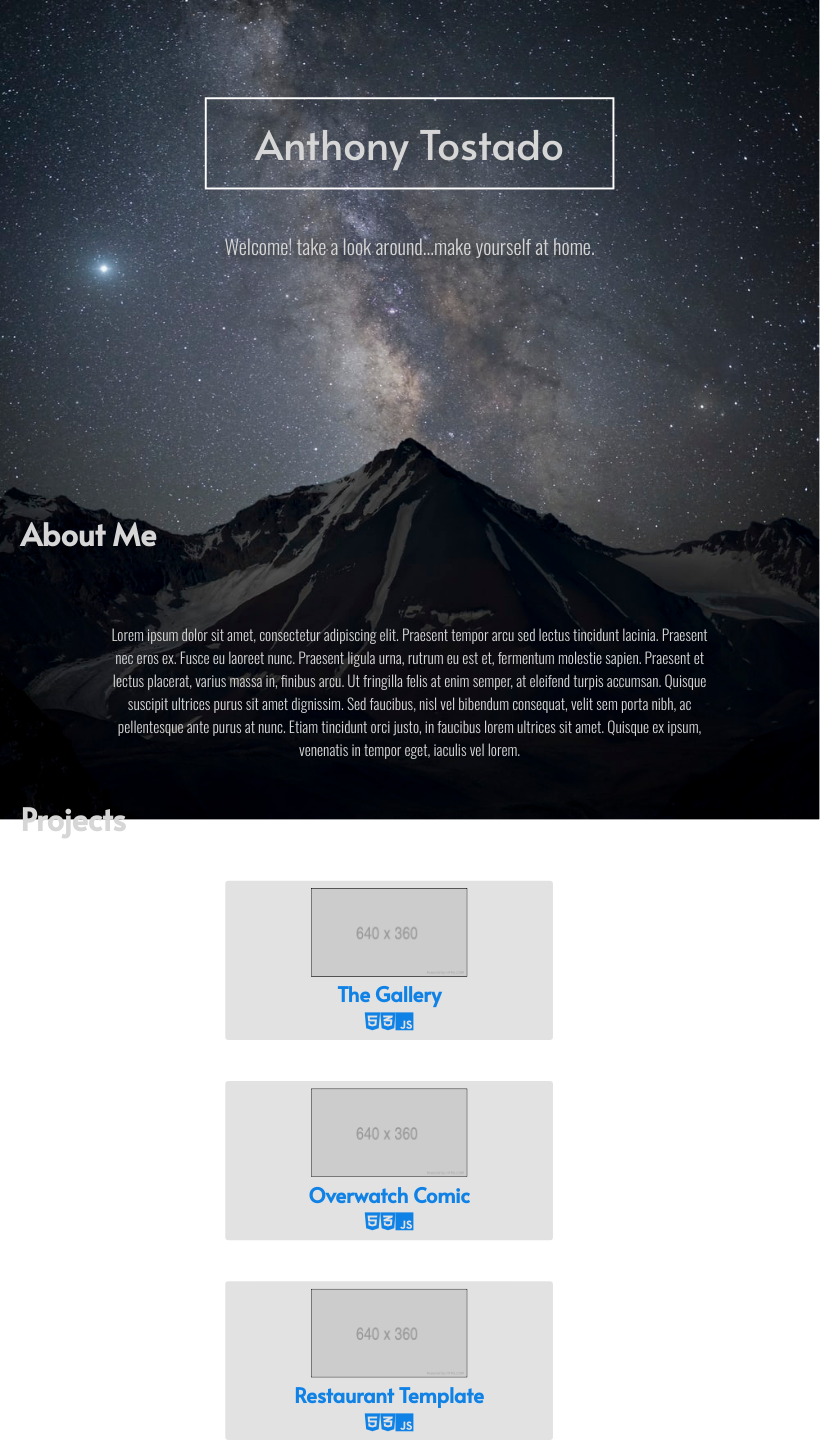
Repository: sloppytony/newport
Page: / (app in portfolio/)
An editor plug-in stored every save of this project. The page is shown before and after the next save, followed by the edit.
The browser window is 1280 px wide. The page is 1312 px wide, so the pictures cover 1312 px, including what lies to the right of the window. The pictures show the whole page, at 64% of full size.
Backgrounds fixed to the window are drawn as part of the page. Some web libraries are served in a nearby version. The project was rebuilt for these pictures with package versions that can differ from the ones it lists, and the page was loaded fresh each time.

Above is the page before, as saved 2020-08-23 14:50:00.

### portfolio/public/index.html
<!DOCTYPE html>
<html lang="en">
  <head>
    <meta charset="utf-8" />
    <link rel="icon" href="%PUBLIC_URL%/favicon.ico" />
    <meta name="viewport" content="width=device-width, initial-scale=1" />
    <meta name="theme-color" content="#000000" />
    <meta
      name="description"
      content="Web site created using create-react-app"
    />
    <link rel="apple-touch-icon" href="%PUBLIC_URL%/logo192.png" />
    <!--
      manifest.json provides metadata used when your web app is installed on a
      user's mobile device or desktop. See https://developers.google.com/web/fundamentals/web-app-manifest/
    -->
    <link rel="manifest" href="%PUBLIC_URL%/manifest.json" />
    <!--
      Notice the use of %PUBLIC_URL% in the tags above.
      It will be replaced with the URL of the `public` folder during the build.
      Only files inside the `public` folder can be referenced from the HTML.

      Unlike "/favicon.ico" or "favicon.ico", "%PUBLIC_URL%/favicon.ico" will
      work correctly both with client-side routing and a non-root public URL.
      Learn how to configure a non-root public URL by running `npm run build`.
    -->
    <link
      href="https://fonts.googleapis.com/css2?family=Alata&family=Oswald:wght@300&display=swap"
      rel="stylesheet"
    />
    <script
      src="https://kit.fontawesome.com/9a01f23326.js"
      crossorigin="anonymous"
    ></script>
    <title>React App</title>
  </head>
  <body>
    <noscript>You need to enable JavaScript to run this app.</noscript>
    <div id="root"></div>
    <!--
      This HTML file is a template.
      If you open it directly in the browser, you will see an empty page.

      You can add webfonts, meta tags, or analytics to this file.
      The build step will place the bundled scripts into the <body> tag.

      To begin the development, run `npm start` or `yarn start`.
      To create a production bundle, use `npm run build` or `yarn build`.
    -->
  </body>
</html>

### portfolio/src/index.css
* {
  margin: 0;
  padding: 0;
  box-sizing: border-box;
}

body {
  background-image: url("./img/mountainspace.jfif");
  background-size: contain;
  background-attachment: fixed;
  background-repeat: no-repeat;
}

### portfolio/src/App.js
import React from "react";

import "./App.css";

function App() {
  return (
    <body>
      <div className="everything">
        <div className="section1">
          <h1 className="mainTitle">Anthony Tostado</h1>
          <p className="mainPara">
            Welcome! take a look around...make yourself at home.
          </p>
          <h2 className="scroll">Scroll</h2>
        </div>
        <div className="section2">
          <h1 className="aboutTitle">About Me</h1>
          <p className="aboutPara">
            Lorem ipsum dolor sit amet, consectetur adipiscing elit. Praesent
            tempor arcu sed lectus tincidunt lacinia. Praesent nec eros ex.
            Fusce eu laoreet nunc. Praesent ligula urna, rutrum eu est et,
            fermentum molestie sapien. Praesent et lectus placerat, varius massa
            in, finibus arcu. Ut fringilla felis at enim semper, at eleifend
            turpis accumsan. Quisque suscipit ultrices purus sit amet dignissim.
            Sed faucibus, nisl vel bibendum consequat, velit sem porta nibh, ac
            pellentesque ante purus at nunc. Etiam tincidunt orci justo, in
            faucibus lorem ultrices sit amet. Quisque ex ipsum, venenatis in
            tempor eget, iaculis vel lorem.{" "}
          </p>
        </div>
        <div className="section3">
          <h1 className="projectTitle">Projects</h1>
          <div className="projectContent">
            <div className="card1">
              <img
                className="cardImage"
                src={require("../src/img/640x360.png")}
              ></img>
              <h1 className="cardTitle">The Gallery</h1>
              <section className="icons">
                <i class="fab fa-html5 fa-2x"></i>
                <i class="fab fa-css3-alt fa-2x"></i>
                <i class="fab fa-js fa-2x"></i>
              </section>
            </div>
            <div className="card2">
              <img
                className="cardImage"
                src={require("../src/img/640x360.png")}
              ></img>
              <h1 className="cardTitle">Overwatch Comic</h1>
              <section className="icons">
                <i class="fab fa-html5 fa-2x"></i>
                <i class="fab fa-css3-alt fa-2x"></i>
                <i class="fab fa-js fa-2x"></i>
              </section>
            </div>
            <div className="card3">
              <img
                className="cardImage"
                src={require("../src/img/640x360.png")}
              ></img>
              <h1 className="cardTitle">Restaurant Template</h1>
              <section className="icons">
                <i class="fab fa-html5 fa-2x"></i>
                <i class="fab fa-css3-alt fa-2x"></i>
                <i class="fab fa-js fa-2x"></i>
              </section>
            </div>
          </div>
        </div>
      </div>
    </body>
  );
}

export default App;

### portfolio/src/App.css
.image {
  width: 100%;
  height: 100%;
}

/*opening page*/
.section1 {
  height: 100vh;
  width: 100%;

  color: rgb(16, 130, 230);
  display: flex;
  justify-content: center;
  align-items: center;
  flex-direction: column;
}

.mainTitle {
  font-family: "Alata", sans-serif;
  font-weight: 100;
  font-size: 400%;
  display: flex;
  justify-content: center;
  align-items: center;
  text-align: center;
  color: rgb(214, 214, 214);

  animation: fadeIn 1.5s;
  border: 3px solid white;
  width: 50%;
  height: 20%;
}

.mainPara {
  font-family: "Oswald", sans-serif;
  font-size: 200%;
  display: flex;
  align-items: center;
  text-align: center;
  color: rgb(214, 214, 214);
  padding: 5%;
  text-shadow: -5px 5px 5px rgba(44, 44, 44, 0.5);
  animation: fadeIn 1.5s;
}

.scroll {
  font-family: "Oswald", sans-serif;
  font-size: 300%;
  padding-bottom: 2%;
  animation: pulse 2.5s infinite;
  color: rgb(214, 214, 214);
}

/*about*/
.section2 {
  height: 75vh;
  width: 100%;
  overflow: hidden;
  display: flex;
  align-items: center;
  justify-content: center;
  flex-direction: column;
  margin-bottom: 10%;
}

h1.aboutTitle {
  height: 20%;
  width: 100%;
  margin-left: 5%;
  font-family: "Alata", sans-serif;
  font-size: 300%;
  color: rgb(214, 214, 214);
}

p.aboutPara {
  width: 75%;
  height: 20vh;
  text-align: center;
  margin: 5%;
  font-size: 150%;
  font-family: "Oswald", sans-serif;
  color: rgb(214, 214, 214);
}

/*projects*/
.section3 {
  height: 100vh;
  width: 100%;

  color: rgb(16, 130, 230);
  display: flex;
  justify-content: center;
  align-items: center;
  flex-direction: column;
}

div.projectContent {
  width: 100%;
  display: flex;
  align-items: center;
  justify-content: center;
  flex-direction: column;
  margin-right: 10%;
}

h1.projectTitle {
  height: 20vh;
  width: 100%;
  margin-left: 5%;
  font-size: 300%;
  font-family: "Alata", sans-serif;
  color: rgb(214, 214, 214);
}

div.card1 {
  height: 50%;
  width: 40%;
  display: flex;
  justify-content: center;
  align-items: center;
  flex-direction: column;
  background: rgb(214, 214, 214, 0.7);
  border-radius: 5px 5px 5px;
  margin-left: 5%;
  padding: 1%;
  margin-top: 5%;
}

div.card2 {
  height: 50%;
  width: 40%;
  display: flex;
  justify-content: center;
  align-items: center;
  flex-direction: column;
  background: rgb(214, 214, 214, 0.7);
  border-radius: 5px 5px 5px;
  margin-left: 5%;
  padding: 1%;
  margin-top: 5%;
}

div.card3 {
  height: 50%;
  width: 40%;
  display: flex;
  justify-content: center;
  align-items: center;
  flex-direction: column;
  background: rgb(214, 214, 214, 0.7);
  border-radius: 5px 5px 5px;
  margin-left: 5%;
  padding: 1%;
  margin-top: 5%;
}

img.cardImage {
  width: 50%;
  border: 1px solid black;
}

h1.cardTitle {
  margin: 1%;
  font-size: 300;
  font-family: "Alata", sans-serif;
}

@keyframes fadeIn {
  from {
    opacity: 0;
  }
  to {
    opacity: 1;
  }
}

@keyframes pulse {
  0% {
    opacity: 0;
  }

  50% {
    opacity: 1;
  }
  100% {
    opacity: 0;
  }
}

Loaded but not shown: portfolio/src/index.js (common file); portfolio/src/serviceWorker.js (common file)

After the next save:
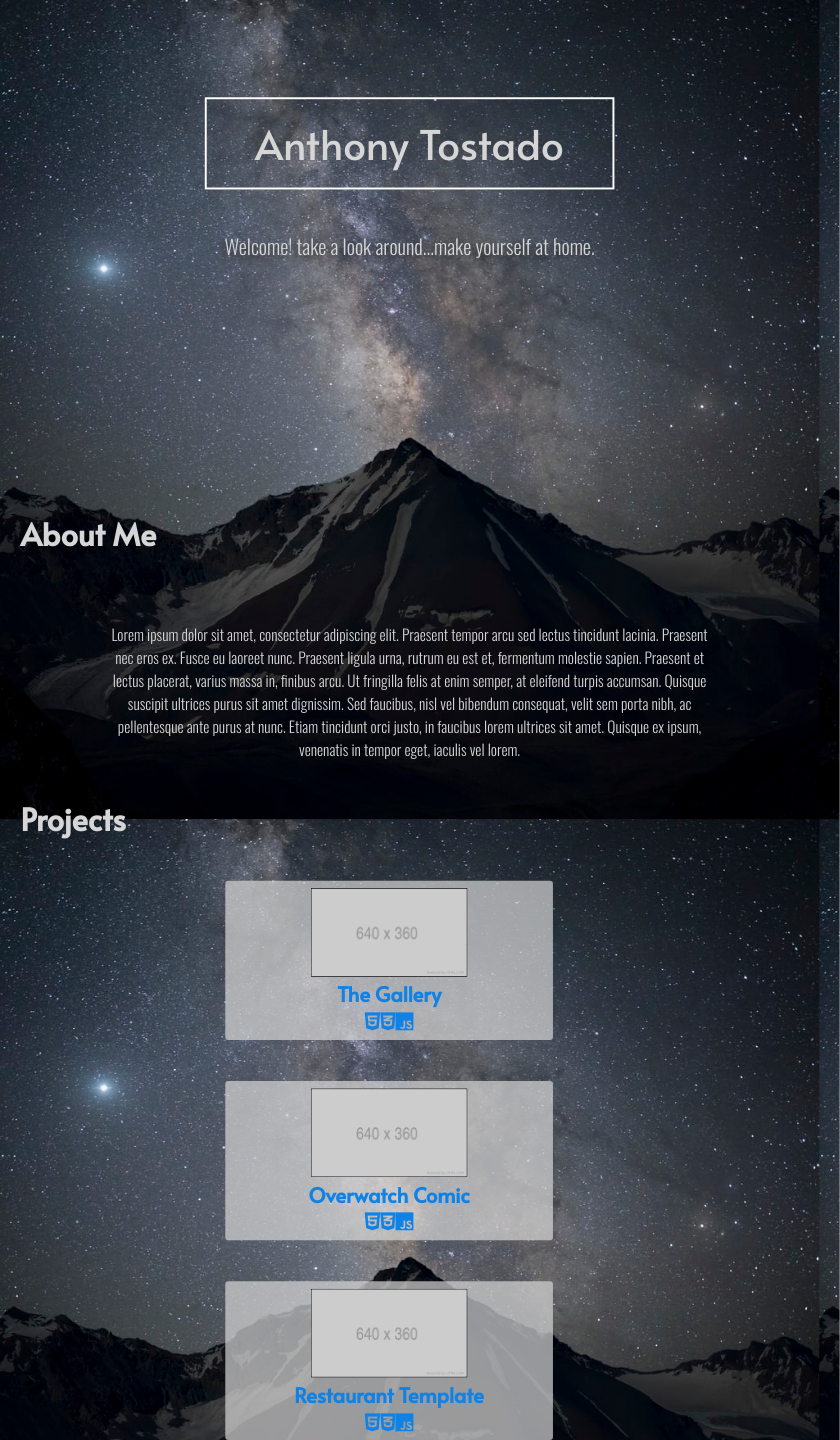
Saved 14 s later.
--- a/portfolio/src/index.css
+++ b/portfolio/src/index.css
@@ -6,7 +6,6 @@
 
 body {
   background-image: url("./img/mountainspace.jfif");
-  background-size: contain;
+  background-size: cover;
   background-attachment: fixed;
-  background-repeat: no-repeat;
 }
